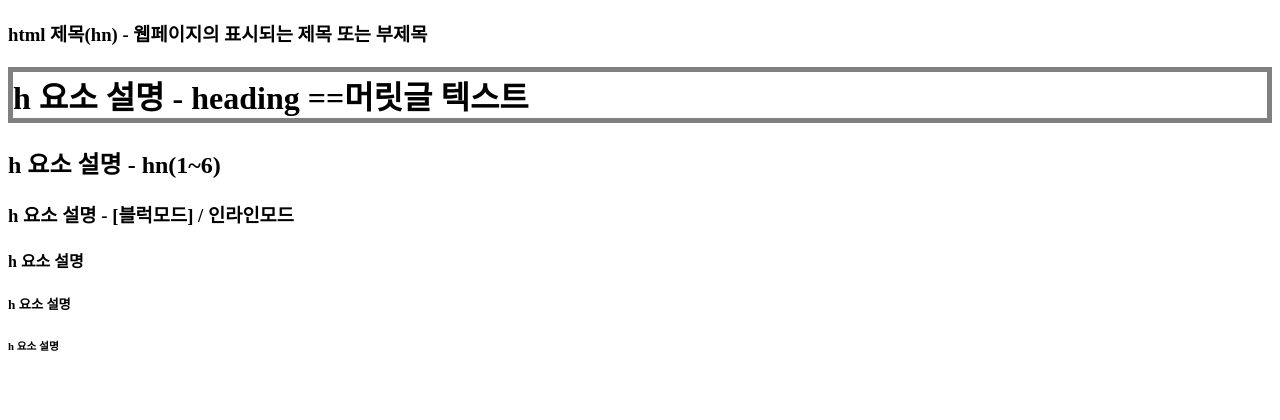
Repository: donggri1/WORKSPACE
Page: WebClass/webPro/src/main/webapp/html/days02/ex02.html
These files come from the project's save history. The page is drawn as it stood at one moment and after the next save; the edit follows.
The browser window is 1280 px wide. The pictures show the whole page.

Above is the page before, as saved 2024-03-25 01:19:37.

After the next save:
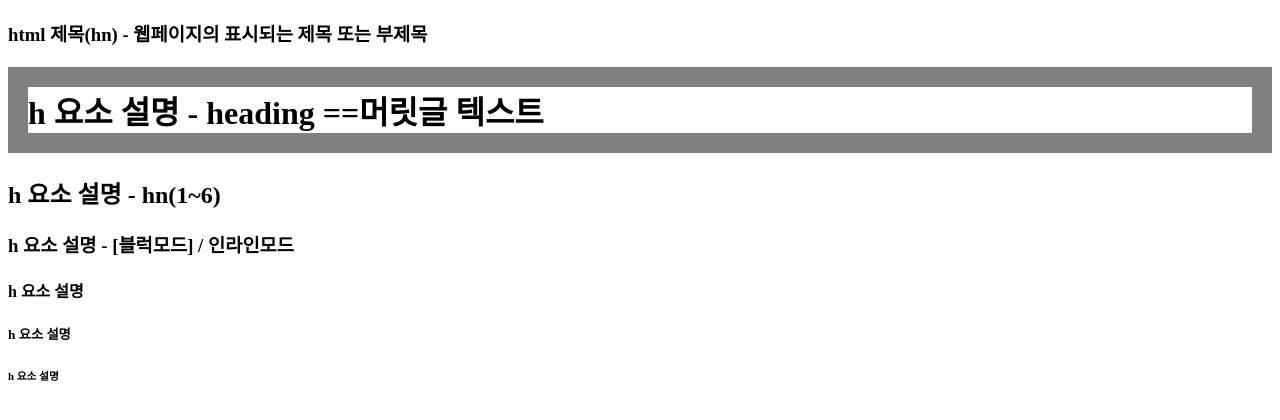
Saved 9 s later.
--- a/WebClass/webPro/src/main/webapp/html/days02/ex02.html
+++ b/WebClass/webPro/src/main/webapp/html/days02/ex02.html
@@ -15,7 +15,7 @@
 	}
 	*/
 	h1 {
-		border: solid 5px gray; /* 테두리속성 : 실선 굵기 색깔 */
+		border: solid 20px gray; /* 테두리속성 : 실선 굵기 색깔 */
 	}
 </style>
 </head>
